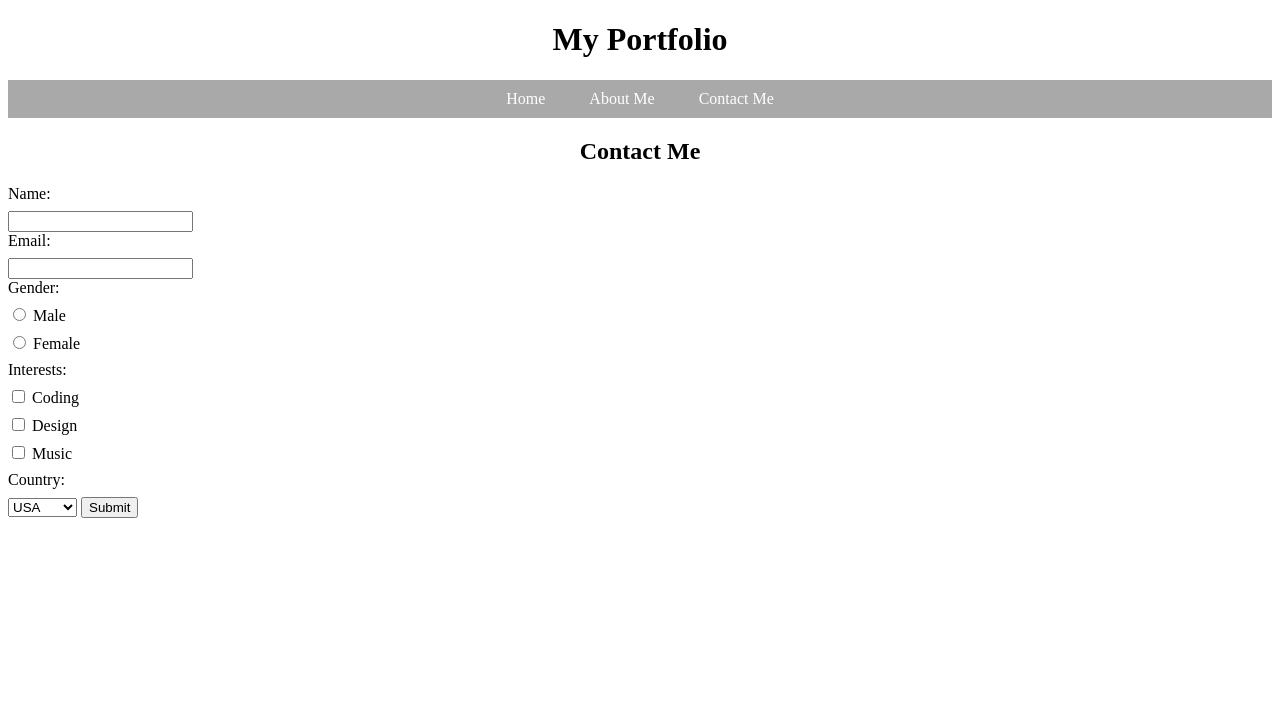
Repository: harshitanthal1/my_portfolio
Page: contactme.html
An editor plug-in stored every save of this project. The page is shown before and after the next save, followed by the edit.
The browser window is 1280 px wide. The pictures show the whole page.

Above is the page before, as saved 2024-02-04 11:08:03.

After the next save:
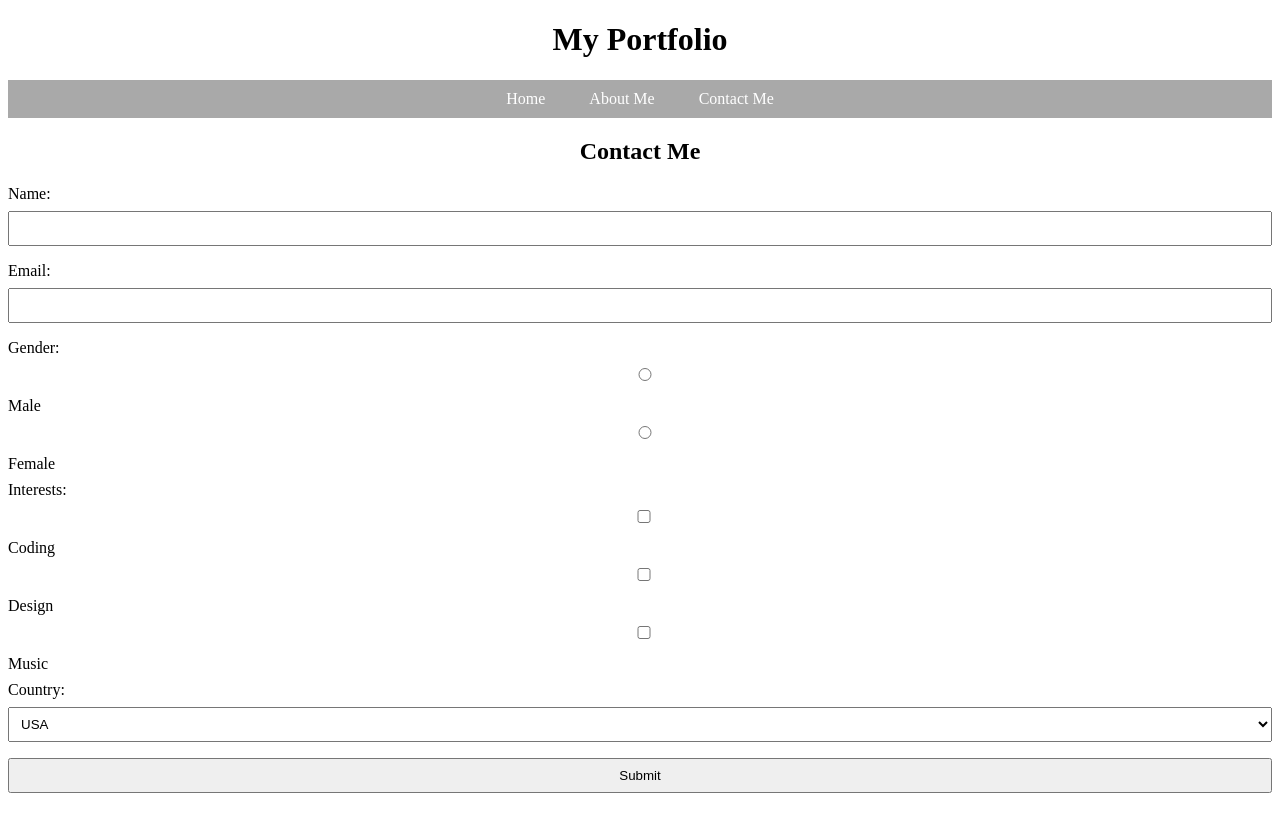
Saved 35 s later.
--- a/styles/styles.css
+++ b/styles/styles.css
@@ -75,4 +75,11 @@ h2 {
 label {
     display: block;
     margin-bottom: 8px;
-  }
+}
+
+input, select {
+  width: 100%;
+  padding: 8px;
+  margin-bottom: 16px;
+  box-sizing: border-box;
+}
